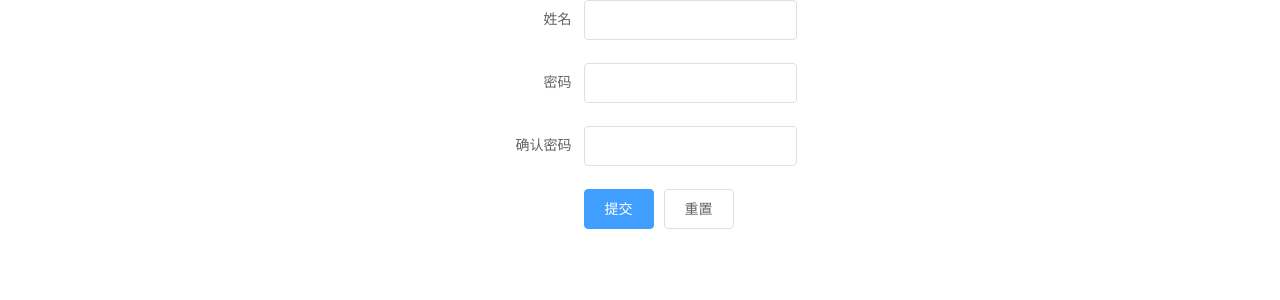
Repository: jinggegeZ/cnode
Page: /login
These files come from the project's save history. The page is drawn as it stood at one moment and after the next save; the edit follows.
The browser window is 1280 px wide. The pictures show the whole page.
The project was rebuilt for these pictures with package versions that can differ from the ones it lists, and the page was loaded fresh each time. Also part of the build but not shown: src/views/Home.vue, src/components/top/top.vue, src/components/right/right.vue, src/components/below/below.vue, src/views/layout1/layout.vue.

Above is the page before, as saved 2020-06-05 16:30:19.

After the next save:
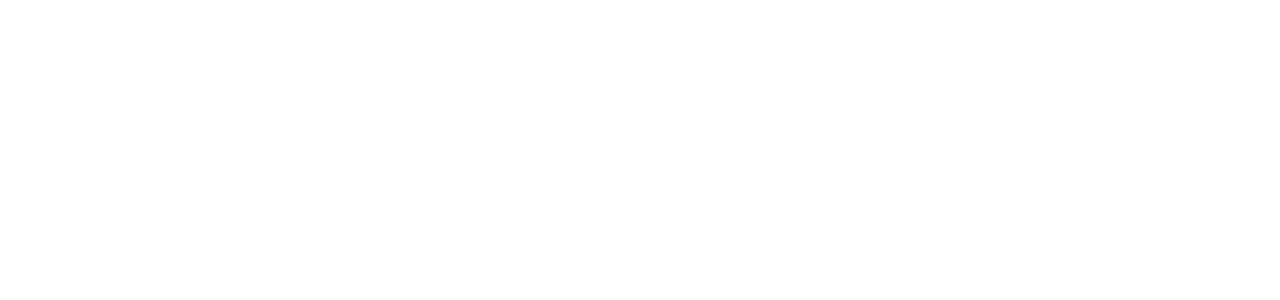
Saved 2 min 23 s later.
--- a/src/views/login/login.vue
+++ b/src/views/login/login.vue
@@ -78,7 +78,7 @@
             { validator: validatePass2, trigger: 'blur' }
           ],
           username: [
-            { validator: checkUsername, trigger: 'blur' }
+            { validator: checkusername, trigger: 'blur' }
           ]
         }
       };

After the save that followed:
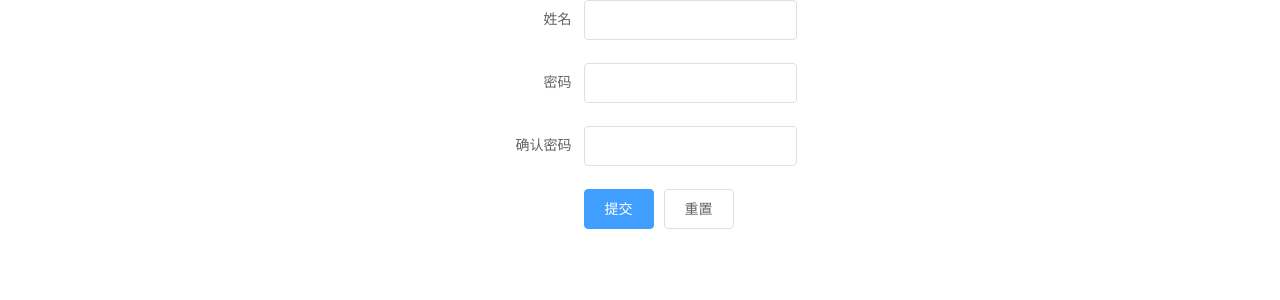
Saved 68 s later.
--- a/src/views/login/login.vue
+++ b/src/views/login/login.vue
@@ -78,7 +78,7 @@
             { validator: validatePass2, trigger: 'blur' }
           ],
           username: [
-            { validator: checkusername, trigger: 'blur' }
+            { validator: checkUsername, trigger: 'blur' }
           ]
         }
       };
